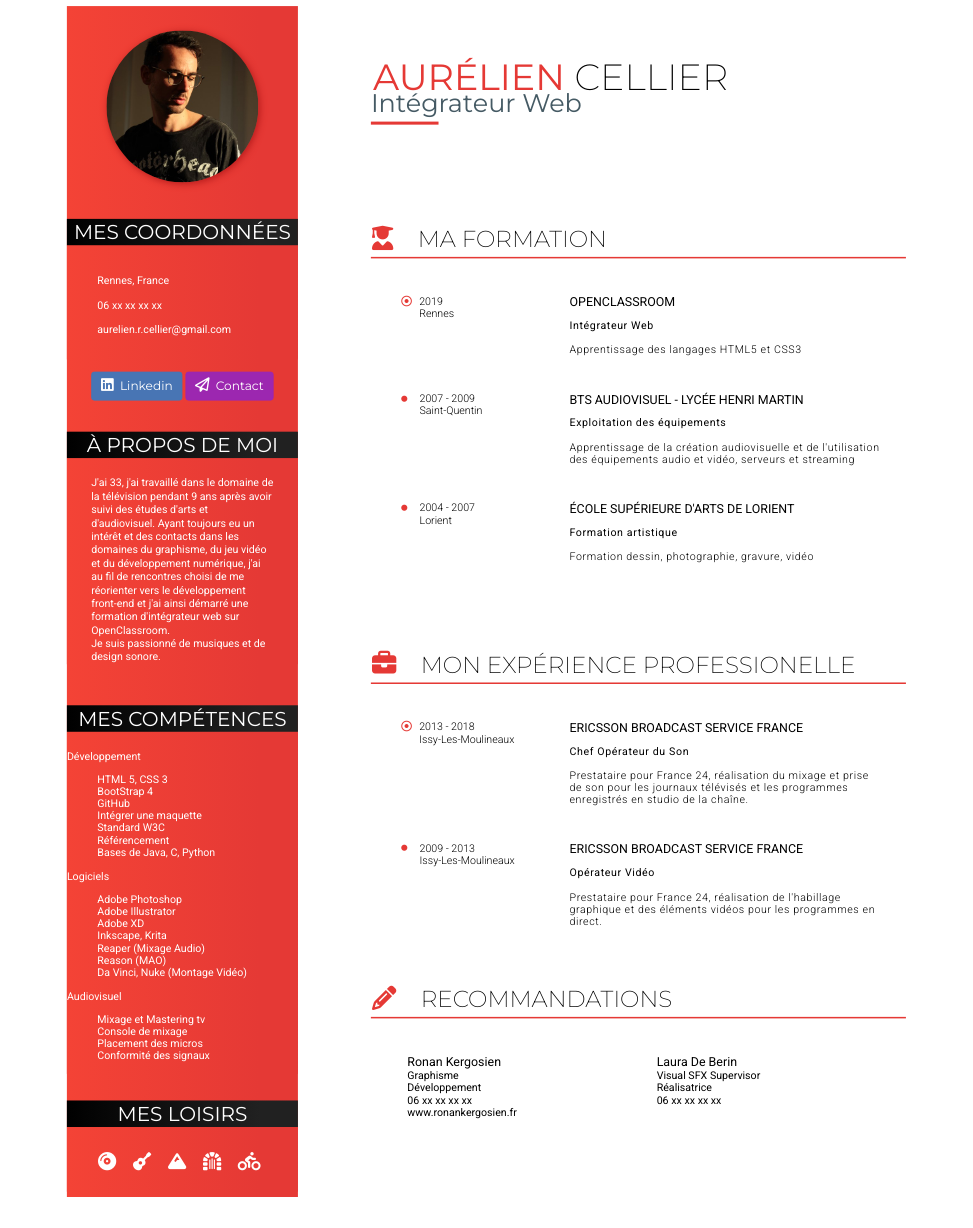
Repository: oc-math-classroom/projet-2
Page: index.html
These files come from the project's save history. The page is drawn as it stood at one moment and after the next save; the edit follows.
The browser window is 1280 px wide. The pictures show the whole page, at 76% of full size.
Some web libraries are served in a nearby version.

Above is the page before, as saved 2019-07-06 14:49:10.

### index.html
<!DOCTYPE html>
<html lang="fr">

<head>
    <meta charset="utf-8" />
    <meta name="description" content="parcours et cv en ligne de Aurélien Cellier, Intégrateur web développement front-end,
        ingénieur du son mixage et mastering, Rennes, France" />
    <meta name="viewport" content="width:device-width, initial-scale=1.0, shrink-to-fit=no" />
    <link rel="stylesheet" href="style.css">
    <!--Font Awesome Icons-->
    <script src="https://kit.fontawesome.com/0b17252669.js"></script>
    <!--Open Fonts-->
    <link href="https://fonts.googleapis.com/css?family=Montserrat:200,400|Roboto:300,400&display=swap"
        rel="stylesheet">
    <title>CV Aurélien Cellier - Intégrateur Web</title>
</head>

<body>
    <div class="page-wrapper">

        <!--Section 1 Header Nom-->
        <header>
            <div class="bloc-title">
                <h1 class="header-title"><span class="title-color-style">Aurélien </span>Cellier<br>
                    <span class="header-subtitle"><span class="underline-color">Intég</span>rateur Web</span></h1>
            </div>
        </header>

        <!--Section 2 Photo-->
        <aside id="photo" class="bloc-sider">
            <img src="images/profilcarre.jpg" alt="Photo de Aurélien Cellier" id="ma-photo" />
        </aside>

        <!--Section 2 bis Contact-->
        <aside id="contact" class="bloc-sider">
            <div class="band-title">
                <h2 class="side-title">Mes Coordonnées</h2>
            </div>
            <div class="bloc-texte-side">
                <ul>
                    <li>Rennes, France</li>
                    <li>06 xx xx xx xx</li>
                    <li><a href="mailto:aurelien.r.cellier@gmail.com">aurelien.r.cellier@gmail.com</a></li>
                </ul>
            </div>
            <div class="bloc-button-side">
                <a href="https://www.linkedin.com/in/aurélien-cellier-0a354a150" class="button button-linkedin">
                    <i class="fab fa-linkedin"></i>Linkedin
                </a>
                <a href="mailto:aurelien.r.cellier@gmail.com" class="button button-email">
                    <i class="far fa-paper-plane"></i>Contact
                </a>
            </div>
        </aside>

        <!--Section 3 Formations -->
        <section id="formation" class="bloc-section">
            <div class="bloc-section-title">
                <h2 class="section-title"><i class="fas fa-user-graduate" aria-hidden="true"></i>Ma Formation</h2>
            </div>

            <ul>
                <li class="element-wrapper">
                    <h3 class="experience">Openclassroom</h3>
                    <div class="dot-wrapper"><i class="far fa-dot-circle"></i>
                        <p class="date-place">2019<br>Rennes</p>
                    </div>
                    <p class="description"><span class="description-poste">Intégrateur Web</span><br>
                        Apprentissage des langages HTML5 et CSS3</p>
                </li>
                <li class="element-wrapper">
                    <h3 class="experience">Bts Audiovisuel - Lycée Henri Martin</h3>
                    <div class="dot-wrapper"><i class="fas fa-circle"></i>
                        <p class="date-place">2007 - 2009<br>Saint-Quentin</p>
                    </div>
                    <p class="description"><span class="description-poste">Exploitation des équipements</span><br>
                        Apprentissage de la création audiovisuelle et de l'utilisation des équipements audio et vidéo,
                        serveurs et streaming</p>
                </li>
                <li class="element-wrapper">
                    <h3 class="experience">École Supérieure d'Arts de Lorient</h3>
                    <div class="dot-wrapper"><i class="fas fa-circle"></i>
                        <p class="date-place">2004 - 2007<br>Lorient</p>
                    </div>
                    <p class="description"><span class="description-poste">Formation artistique</span><br>
                        Formation dessin, photographie, gravure, vidéo</p>
                </li>
            </ul>

        </section>

        <!--Section 4 Expériences professionnelles-->
        <section class="bloc-section" id="experience-pro">
            <div class="bloc-section-title">
                <i class="fas fa-briefcase" aria-hidden="true"></i>
                <h2 class="section-title">Mon Expérience Professionelle</h2>
            </div>

            <ul>
                <li class="element-wrapper">
                    <h3 class="experience">Ericsson Broadcast Service France</h3>
                    <div class="dot-wrapper"><i class="far fa-dot-circle"></i>
                        <p class="date-place">2013 - 2018<br>Issy-Les-Moulineaux</p>
                    </div>
                    <p class="description"><span class="description-poste">Chef Opérateur du Son</span><br>
                        Prestataire pour France 24, réalisation du mixage et prise de son pour les journaux télévisés et
                        les
                        programmes enregistrés en studio de la chaîne.</p>
                </li>
                <li class="element-wrapper">
                    <h3 class="experience">Ericsson Broadcast Service France</h3>
                    <div class="dot-wrapper"><i class="fas fa-circle"></i>
                        <p class="date-place">2009 - 2013<br>Issy-Les-Moulineaux</p>
                    </div>
                    <p class="description"><span class="description-poste">Opérateur Vidéo</span><br>
                        Prestataire pour France 24, réalisation de l'habillage graphique et des éléments vidéos pour les
                        programmes en direct.</p>
                </li>
            </ul>
        </section>

        <!--Section 5 Recommandations-->
        <section id="recommandations" class="bloc-section">
            <div class="bloc-section-title">
                <h2 class="section-title"><i class="fas fa-pencil-alt" aria-hidden="true"></i>Recommandations</h2>
            </div>
            <div class="bloc-wrapper">
                <div class="bloc-contact">
                    <h3 class="contact-name">Ronan Kergosien</h3>
                    <p>Graphisme<br>
                        Développement<br>
                        06 xx xx xx xx<br>
                        <a href="https://www.ronankergosien.fr">www.ronankergosien.fr</a></p>
                </div>
                <div class="bloc-contact">
                    <h3 class="contact-name">Laura De Berin</h3>
                    <p>Visual SFX Supervisor<br>
                        Réalisatrice<br>
                        06 xx xx xx xx</p>
                </div>
            </div>

        </section>

        <!--Section 6 A propos-->
        <section id="about" class="bloc-sider">
            <div class="band-title">
                <h2 class="side-title">À propos de moi</h2>
            </div>
            <div class="bloc-texte-side">
                <p>J'ai 33, j'ai travaillé dans le domaine de la télévision pendant 9 ans après avoir suivi des études
                    d'arts et d'audiovisuel.
                    Ayant toujours eu un intérêt et des contacts dans les domaines du graphisme, du jeu vidéo et du
                    développement numérique, j'ai au fil de rencontres
                    choisi de me réorienter vers le développement front-end et j'ai ainsi démarré une formation
                    d'intégrateur web sur OpenClassroom.</p>
                <p>Je suis passionné de musiques et de design sonore. </p>
            </div>

        </section>

        <!--Section 7 Compétences-->
        <section id="skills" class="bloc-sider">
            <div class="band-title">
                <h2 class="side-title">Mes Compétences</h2>
            </div>
            <div class="bloc-texte-side">
                <h4 class="skill-group-title">Développement</h4>
                <ul>
                    <li>HTML 5, CSS 3</li>
                    <li>BootStrap 4</li>
                    <li>GitHub</li>
                    <li>Intégrer une maquette</li>
                    <li>Standard W3C</li>
                    <li>Référencement</li>
                    <li>Bases de Java, C, Python</li>
                </ul>
                <h4 class="skill-group-title">Logiciels</h4>
                <ul>
                    <li>Adobe Photoshop</li>
                    <li>Adobe Illustrator</li>
                    <li>Adobe XD</li>
                    <li>Inkscape, Krita</li>
                    <li>Reaper (Mixage Audio)</li>
                    <li>Reason (MAO)</li>
                    <li>Da Vinci, Nuke (Montage Vidéo)</li>
                </ul>
                <h4 class="skill-group-title">Audiovisuel</h4>
                <ul>
                    <li>Mixage et Mastering tv</li>
                    <li>Console de mixage</li>
                    <li>Placement des micros</li>
                    <li>Conformité des signaux</li>
                </ul>
            </div>

        </section>

        <!--Section 8 Loisirs-->
        <section id="loisirs" class="bloc-sider">
            <div class="band-title">
                <h2 class="side-title">Mes Loisirs</h2>
            </div>
            <div class="bloc-icon-side">
                <i class="fas fa-compact-disc" aria-hidden="true" title="écouter de la musique"></i>
                <span class="sr-only">écouter de la musique</span>
                <i class="fas fa-guitar" aria-hidden="true" title="jouer de la musique"></i>
                <span class="sr-only">jouer de la musique</span>
                <i class="fas fa-mountain" aria-hidden="true" title="voyager"></i>
                <span class="sr-only">voyager</span>
                <i class="fas fa-dungeon" aria-hidden="true" title="jeux de société"></i>
                <span class="sr-only">jeux de société</span>
                <i class="fas fa-biking" aria-hidden="true" title="randonnée à vélo"></i>
                <span class="sr-only">randonnée à vélo</span>
            </div>
        </section>

    <!-- page-wrapper-->

    </div>

</body>

</html>

### style.css
/* reset */
div, h1, h2, h3, h4{
    margin: 0;
    padding: 0;
    font-weight: 400;
}

p{
    margin-bottom: 0;
    padding-bottom: 1rem;
}

ul{
    list-style-type: none;
    margin-bottom: 0;
    padding-bottom: 1rem;
}

a{
    text-decoration: none;
    color: inherit;
}

/* fin reset */

.page-wrapper{
    font-family: 'Roboto', Arial, Helvetica, sans-serif;
    font-weight: 400;
    font-size: 14px;
    margin: auto;
    background: white;
}

.bloc-title{
    padding: 2rem;
    padding-top: 2rem;
    margin-bottom: 2rem;
}

.header-title{
    font-family: 'Montserrat', Arial, Helvetica, sans-serif;
    font-weight: 200;
    font-size: 3rem;
    text-transform: uppercase;
    text-indent: 0.18rem;
}

.title-color-style{
    font-weight: 400;
    color: #e53935;
}

.header-subtitle {
    font-weight: 400;
    font-size: 2.1rem;
    color:#455A64;
    text-transform: capitalize;
}

.underline-color {
    padding-bottom: 5px;
    border-bottom: 4px solid #e53935;
}

#photo {
    text-align: center;
    padding-top: 2rem;
    background: linear-gradient(to left, #e53935 50px, #f44336);
    padding-bottom: 2rem;
}

#ma-photo {
    max-width: 200px;
    border-radius: 100px;
    box-shadow: 2px 2px 10px #b71c1c;
}

#contact li {
    padding-bottom: 1rem;
}

.bloc-section {
    padding-top: 1rem;
    margin-left: 1rem;
    margin-right: 1rem;
    padding-bottom: 1rem;
}

.section-title {
    font-family: 'Montserrat', Arial, Helvetica, sans-serif;
    font-weight: 200;
    font-size: 1.5rem;
    text-transform: uppercase;
}

.bloc-section-title .fas {
    text-indent: 0.1rem;
    color: #e53935;
    margin-right: 1rem;
    font-size: 1.5rem;
}

.bloc-section-title{
    border-bottom: 2px solid #e53935;
    padding-bottom: 5px;
    margin-bottom: 2rem;
    display: flex;
}

.date-place{
    grid-column: 1/2;
    grid-row: 1/2;
    font-weight: 300;
}

.experience{
    font-weight: 400;
    grid-column: 2/4;
    grid-row: 1/2;
    text-transform: uppercase;
}

.description{
    grid-column: 2/4;
    grid-row: 2/3;
    font-weight: 300;
    letter-spacing: 0.05rem;
    padding-right: 2rem;
}

.description-poste{
    font-weight: 400;
    display: block;
}


.dot-wrapper .far, .dot-wrapper .fas{
    display: none;
}

.dot-wrapper .fas{
    font-size: 0.5rem;
    line-height: 1rem;
}

.nom-du-contact{
    margin-bottom: 1rem;
}

.bloc-wrapper{
    padding-top: 1rem;
    margin-left: 1rem;
    display: grid;
    grid-template-columns: 1fr 1fr;
    grid-template-rows: auto;
}

.bloc-wrapper + .bloc-contact:odd{
    grid-column: 2/3;
}

.bloc-texte-side, .bloc-bouton-side, .bloc-icon-side{
    background-color: #e53935; background: linear-gradient(to left, #e53935 50px, #f44336); color: white;
    padding: 1.5rem, 1.5rem, 1rem, 1.5rem;
    padding-top: 1.5rem;
}

.bloc-sider{
    margin-left: 0.5rem;
    margin-right: 0.5rem;
}

.band-title{
    background-color: black;
    background: linear-gradient(to left, #212121 50px, black);
    color: white;
    text-align: center;
    line-height: 2.2rem;
    font-family: 'Montserrat', Arial, Helvetica, sans-serif;
    font-weight: 200;
    font-size: 1.1rem;
    text-transform: uppercase;
}

.bloc-icon-side{
    text-align: center;
    letter-spacing: 0.5rem;
    padding: 2rem;
    font-size: 1.5rem;
}

.bloc-button-side{
    text-align: center;
    padding: 1rem;
}

.button{
    display: inline-block;
    font-weight: 400;
    font-family: 'Montserrat', Arial, Helvetica, sans-serif;
    text-align: center;
    vertical-align: middle;
    padding: 0.375rem 0.75rem;
    font-size: 1rem;
    line-height: 1.5;
    border-radius: 0.25rem;
    transition: color 0.15s ease-in-out, background-color 0.15s ease-in-out, border-color 0.15s ease-in-out, box-shadow 0.15s ease-in-out;
}

.button-email{
    background-color: #9C27B0;
    border: 1px solid #9C27B0;
    color: white;
}

.button-email:hover{
    background-color: white;
    color: #9C27B0;
}


.button-linkedin{
    background-color: #4875B4;
    border: 1px solid #4875B4;
    color: white;
}

.button i{
    font-size: 1.2rem;
    margin-right: 0.5rem;
}

.button-linkedin:hover{
    background-color: white;
    color: #4875B4;
}

/* accessibilité - pour lecteur d'écran */
.sr-only {
    display: none;
}

@media (min-width: 768px){

    /* reset */
    p{
    margin: 0;
    padding: 0;
    font-weight: 400;
    }

    .header-title{
        font-family: 'Montserrat', Arial, Helvetica, sans-serif;
        font-weight: 200;
        font-size: 3rem;
        text-transform: uppercase;
        line-height: 1.75rem;
        text-indent: 0.18rem;
    }

    .bloc-title{
        padding: 3rem;
        padding-top: 5rem;
        margin-bottom: 2rem;
    }

    .element-wrapper{
        display: grid;
        grid-template-columns: 1fr 2fr;
        grid-template-rows: auto auto;
        padding-top: 1rem;
        margin-bottom: 2rem;
    }

    .dot-wrapper{
        display: flex;
    }

    .dot-wrapper .far, .dot-wrapper .fas{
        display: inline;
        color: #e53935;
        margin-right: 0.6rem;
        line-height: 1.1rem;
    }

    .dot-wrapper .fas{
        display: inline;
        font-size: 0.5rem;
        line-height: 1rem;
        margin-right: 1rem;
    }

    #about .bloc-texte-side{
        padding-left: 2rem;
        padding-right: 2rem;
        line-height: 1.1rem;
    }

    .bloc-section{
        padding-top: 3rem;
        margin-left: 3rem;
        margin-right: 3rem;
        padding-bottom: 1rem;
    }

    .bloc-wrapper{
        margin-left: 3rem;
    }

    .bloc-sider{
        margin-left: 3rem;
        margin-right: 3rem;
    }

    .bloc-section-title .fas{
        margin-right: 2rem;
        font-size: 2rem;
    }

    .section-title{
        font-size: 1.9rem;
    }

}

@media (min-width: 992px){

    .page-wrapper{
        max-width: 1200px;
        font-size: 14px;
        margin: auto;
        display: grid;
        grid-template-columns: 1fr 2fr;
        grid-template-rows: repeat(40, 40px);
    }

    header{
        grid-column: 2/4;
        grid-row: 1/7;
    }

    #photo{
        grid-column: 1/2;
        grid-row: 1/40;
        background-color: #e53935;
        background: linear-gradient(to left, #e53935 50px, #f44336);
    }

    #formation{
        grid-column: 2/4;
        grid-row: 7/21;
    }

    #experience-pro{
        grid-column: 2/4;
        grid-row: 21/30;
    }

    #recommandations{
        grid-column: 2/4;
        grid-row: 32;
    }

    #contact{
        grid-column: 1/2;
        grid-row: 8/15
    }

    #about{
        grid-column: 1/2;
        grid-row: 15/24;
    }

    #skills{
        grid-column: 1/2;
        grid-row: 24/37;
    }

    #loisirs{
        grid-column: 1/2;
        grid-row: 37;
    }

    .bloc-sider{
        margin-left: 1rem;
        margin-right: 1rem;
    }

}

@media (min-width:1200px){

    .bloc-sider{
        margin-left: 3rem;
        margin-right: 3rem;
    }

}

After the next save:
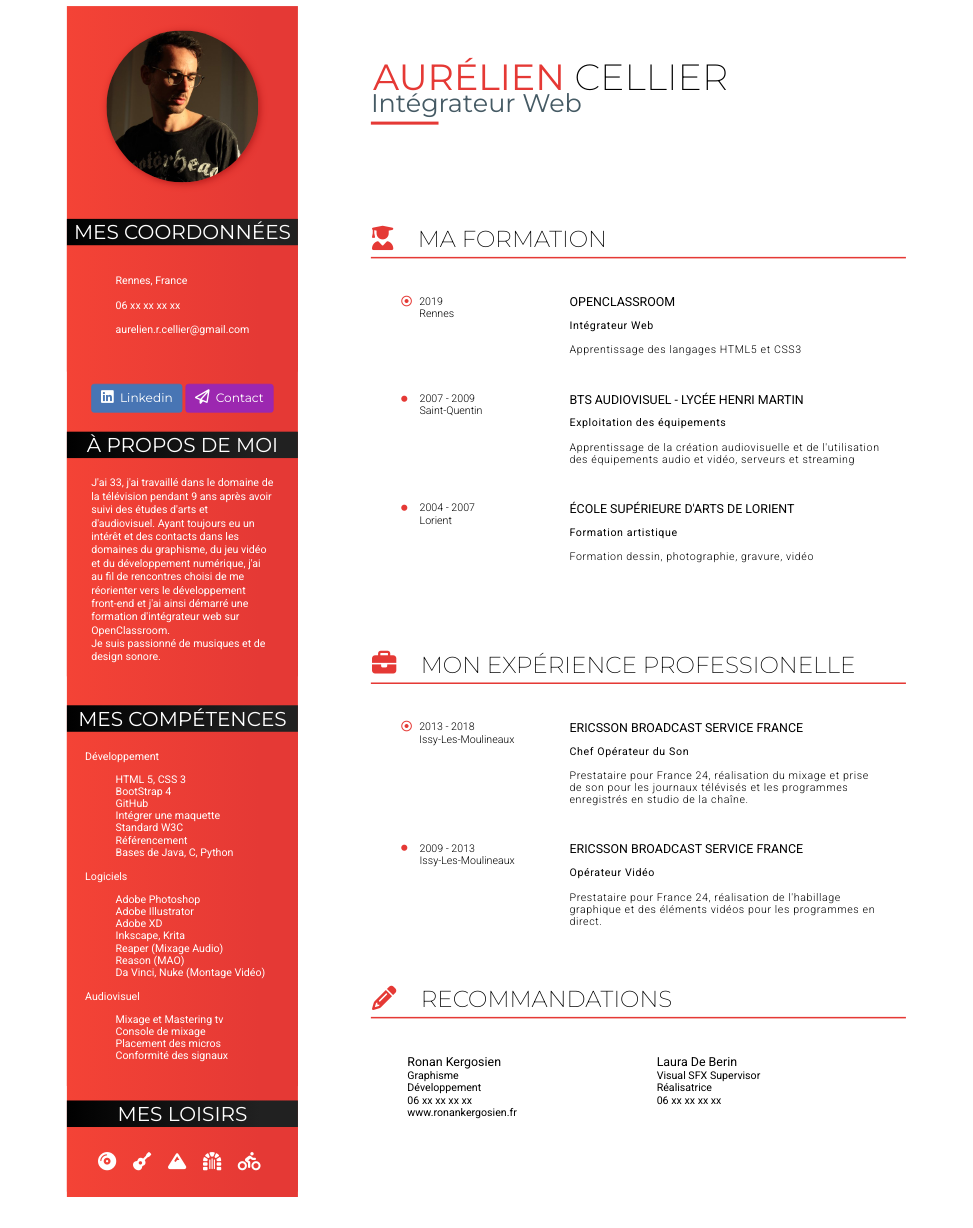
Saved 92 s later.
--- a/style.css
+++ b/style.css
@@ -161,7 +161,9 @@ a{
 
 .bloc-texte-side, .bloc-bouton-side, .bloc-icon-side{
     background-color: #e53935; background: linear-gradient(to left, #e53935 50px, #f44336); color: white;
-    padding: 1.5rem, 1.5rem, 1rem, 1.5rem;
+    padding-left: 1.5rem;
+    padding-right: 1.5rem;
+    padding-bottom: 1rem;
     padding-top: 1.5rem;
 }
 
